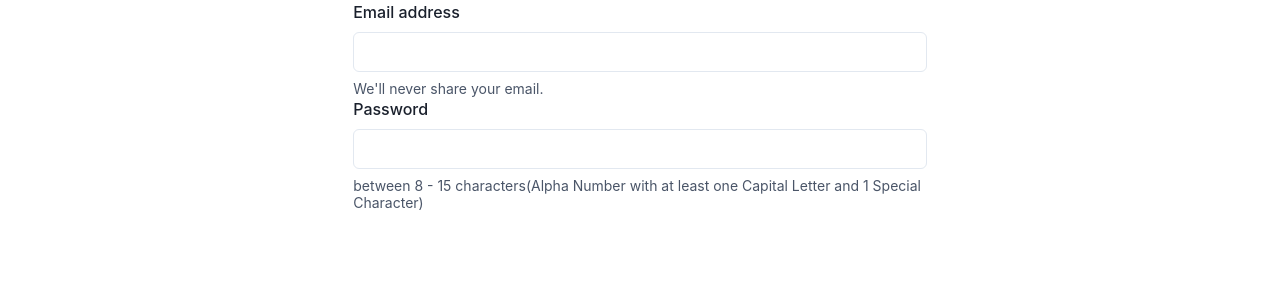
Repository: NeeleshRoy/synechron
Page: /
An editor plug-in stored every save of this project. The page is shown before and after the next save, followed by the edit.
The browser window is 1280 px wide. The pictures show the whole page.
The project was rebuilt for these pictures with package versions that can differ from the ones it lists, and the page was loaded fresh each time.

Above is the page before, as saved 2023-02-04 16:21:30.

After the next save:
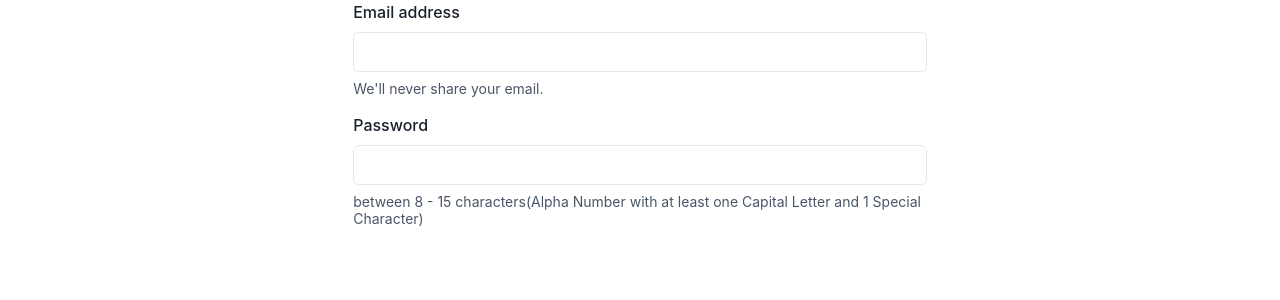
Saved 52 s later.
--- a/src/components/Home.jsx
+++ b/src/components/Home.jsx
@@ -15,7 +15,7 @@ const Home = () => {
             <FormHelperText>We'll never share your email.</FormHelperText>
           </FormControl>
 
-          <FormControl>
+          <FormControl mt={4}>
             <FormLabel>Password</FormLabel>
             <Input type="password" />
             <FormHelperText>between 8 - 15 characters(Alpha Number with at least one Capital Letter and 1 Special Character)</FormHelperText>
